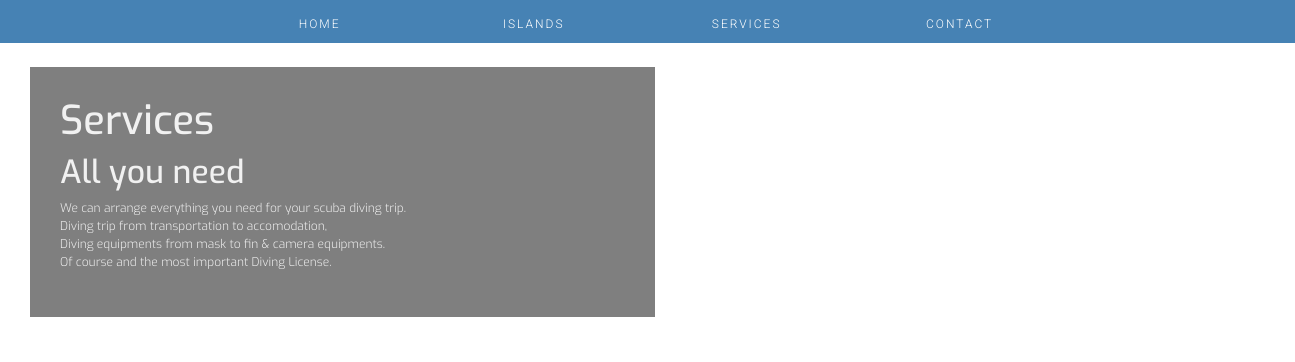
Repository: Code-Institute-Submissions/cathyann-diving.github.io
Page: services.html
The author's editor kept a record of every edit. The page is drawn from the files as they stood at one moment, then again after the next edit.
The browser window is 1280 px wide. The page is 1295 px wide, so the pictures cover 1295 px, including what lies to the right of the window. The pictures show the whole page.

Above is the page before.

After the next edit:
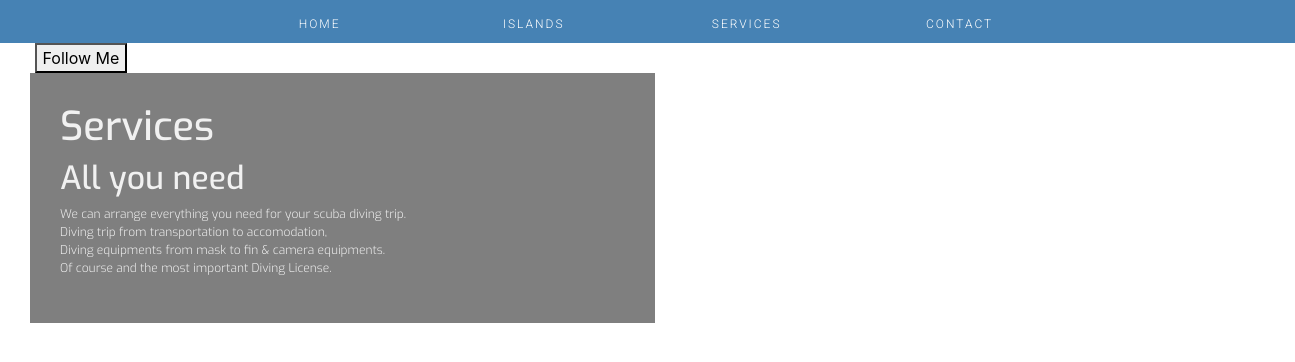
The edit:
--- a/services.html
+++ b/services.html
@@ -46,6 +46,7 @@
             Diving equipments from mask to fin & camera equipments.<br>
             Of course and the most important Diving License.<br>
         </div>
+        <button>Follow Me</button>
     </div>
 
 
